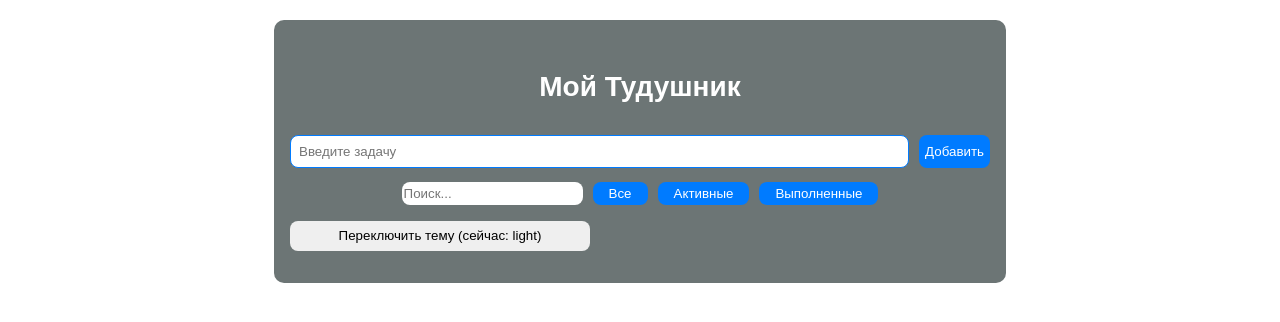
Repository: AlekCawka/-todo-project
Page: /
An editor plug-in stored every save of this project. The page is shown before and after the next save, followed by the edit.
The browser window is 1280 px wide. The pictures show the whole page.
The project was rebuilt for these pictures with package versions that can differ from the ones it lists, and the page was loaded fresh each time. Also part of the build but not shown: vite.config.js.

Above is the page before, as saved 2025-08-12 17:21:31.

### src/main.jsx
import React from 'react'
import ReactDOM from 'react-dom/client'
import App from './App.jsx'

ReactDOM.createRoot(document.getElementById('root')).render(
  <React.StrictMode>
    <App />
  </React.StrictMode>
)

### src/App.jsx
import React, { useEffect, useState } from 'react';
import { useTodos } from './hooks/useTodos';
import { getStoredTheme, saveTheme, applyTheme } from './components/untils/theme';

import './App.css';
import './index.css';

const App = () => {
  const { todos, addTodo, deleteTodo, updateTodo, toggleCompleted } = useTodos();
  const [inputValue, setInputValue] = useState('');
  const [filter, setFilter] = useState('all');
  const [searchQuery, setSearchQuery] = useState('');
  const [theme, setTheme] = useState(getStoredTheme());

  useEffect(() => {
    applyTheme(theme);
    saveTheme(theme);
  }, [theme]);

  const toggleTheme = () => {
    setTheme(prev => (prev === 'light' ? 'dark' : 'light'));
  };

  const handleAdd = () => {
    addTodo(inputValue);
    setInputValue('');
  }

  const handleChange = (e) => {
    setInputValue(e.target.value);
  }

  const getFilteredTodos = (todos, filter, searchQuery = '') => {
    return todos
      .filter(todo => {
        if (filter === 'active') return !todo.completed;
        if (filter === 'completed') return todo.completed;
        return true;
      })
      .filter(todo =>
        todo.text.toLowerCase().includes(searchQuery.toLowerCase())
      );
  };


  const filteredTodos = getFilteredTodos(todos, filter, searchQuery);

  return (
    <div className="container">
      <h1 className="title">Мой Тудушник</h1>

      <div className="form">
        <input
          type="text"
          placeholder="Введите задачу"
          value={inputValue}
          onChange={handleChange}
        />
        <button onClick={handleAdd}>Добавить</button>
      </div>

      <div className='searchAndFilter'>
        <input
          type="text"
          placeholder="Поиск..."
          value={searchQuery}
          onChange={(e) => setSearchQuery(e.target.value)}
          className="searchQuery"
        />

        <div className="filters">
          <button onClick={() => setFilter('all')}>Все</button>
          <button onClick={() => setFilter('active')}>Активные</button>
          <button onClick={() => setFilter('completed')}>Выполненные</button>
        </div>
      </div>

      <ul className="list">
        {filteredTodos.map(todo => (
          <li key={todo.id} className="todo-item">
            <input
              type="checkbox"
              checked={todo.completed}
              onChange={() => toggleCompleted(todo.id)}
            />
            <span
              style={{ textDecoration: todo.completed ? 'line-through' : 'none' }}
            >
              {todo.text}
            </span>
            <button onClick={() => {
              const newText = prompt('Новое значение:', todo.text);
              if (newText) updateTodo(todo.id, { text: newText });
            }}>Редактировать</button>
            <button onClick={() => deleteTodo(todo.id)}>Удалить</button>
          </li>
        ))}
      </ul>

      <div>
        <button onClick={toggleTheme} className='toggleTheme'>
          Переключить тему (сейчас: {theme})
        </button>
      </div>
    </div>
  );
};

export default App;

### src/hooks/useTodos.js
import { useState, useEffect } from 'react';
import { Trash2, Edit, Clock, Calendar, CheckSquare, Square } from 'lucide-react';

const generateId = () => crypto?.randomUUID?.() || `${Date.now()}-${Math.random()}`;

export const useTodos = () => {
    const [todos, setTodos] = useState([]);

    const normalize = (text) => text.trim().toLowerCase();

    useEffect(() => {
        const stored = localStorage.getItem('todos');
        if (stored) {
            setTodos(JSON.parse(stored));
        }
    }, []);

    useEffect(() => {
        localStorage.setItem('todos', JSON.stringify(todos));
    }, [todos]);

    const addTodo = (text, deadline = null) => {
        const trimmed = text.trim();

        if (!trimmed) return;

        const isDuplicate = todos.some(todo => normalize(todo.text) === normalize(text));

        if (isDuplicate) {
            return;
        }

        const newTodo = {
            id: generateId(),
            text: trimmed,
            completed: false,
            createdAt: new Date().toISOString(),
            deadline: deadline || null,
        };
        setTodos(prevTodos => [newTodo, ...prevTodos]);
    };

    const deleteTodo = (id) => {
        setTodos(prev => prev.filter(todo => todo.id !== id));
    };

    const updateTodo = (id, updates) => {
        // Проверка id
        if (!id) {
            console.warn("[updateTodo] Не передан id задачи");
            return;
        }

        // Проверка updates
        if (typeof updates !== "object" || updates === null) {
            console.warn("[updateTodo] updates должен быть объектом, получено:", updates);
            return;
        }

        setTodos(prev => {
            // Проверка на существование задачи
            const todoExists = prev.some(todo => todo.id === id);
            if (!todoExists) {
                console.warn(`[updateTodo] Задача с id "${id}" не найдена`);
                return prev;
            }

            // Если есть текст, проверим на дубликат
            if (updates.text && updates.text.trim()) {
                const normalized = updates.text.trim().toLowerCase();
                const isDuplicate = prev.some(
                    todo => todo.id !== id && todo.text.trim().toLowerCase() === normalized
                );
                if (isDuplicate) {
                    console.warn(`[updateTodo] Задача "${updates.text}" уже существует`);
                    return prev;
                }
            }

            // Обновление задачи
            return prev.map(todo =>
                todo.id === id ? { ...todo, ...updates } : todo
            );
        });
    };

    const toggleCompleted = (id) => {
        setTodos(prev =>
            prev.map(todo =>
                todo.id === id ?
                    { ...todo, completed: !todo.completed } : todo
            )
        )
    }

    return {
        todos,
        addTodo,
        deleteTodo,
        updateTodo,
        toggleCompleted,
    };
};

### src/components/untils/theme.js
const THEME_KEY = 'theme';

export const getStoredTheme = () => {
    return localStorage.getItem(THEME_KEY) || 'light';
};

export const saveTheme = (theme) => {
    localStorage.setItem(THEME_KEY, theme);
};

export const applyTheme = (theme) => {
    document.documentElement.setAttribute('data-theme', theme);
};

### src/App.css
body {
    font-family: sans-serif;
    background: rgb(53, 51, 54);
    margin: 0;
    padding: 0;
}

.container {
    max-width: 700px;
    margin: 20px auto;
    padding: 32px 16px;
    background-color: rgb(108, 117, 117);
    border-radius: 10px;
}

.title {
    text-align: center;
    font-size: 28px;
    margin-bottom: 2rem;
    color: white;
}

.form {
    display: flex;
    gap: 10px;
    margin-bottom: 14px;
}

.form input {
    flex: 1;
    padding: 8px;
    border-radius: 8px;
    border: 1px solid #007bff;
}

.searchAndFilter {
    display: flex;
    justify-content: center;
    gap: 10px;
}

.searchQuery {
    border: none;
    border-radius: 8px;
    text-align: start;
}

.form button {
    background-color: #007bff;
    border: none;
    border-radius: 8px;
    cursor: pointer;
    color: white;
    transition: background-color 0.3s;
}

.form button:hover {
    background-color: #0056b3;
}

.filters {
    display: flex;
    justify-content: center;
    gap: 10px;
}

.filters button {
    padding: 4px 16px;
    background-color: #007bff;
    border: none;
    color: white;
    border-radius: 8px;
    cursor: pointer;
    transition: all 0.3s;
}

.filters button:hover {
    background-color: #0056b3;
}

.list {
    list-style: none;
    padding: 0;
    margin-top: 15px;
}

.todo-item {
    display: flex;
    align-items: center;
    gap: 8px;
    background-color: rgba(250, 244, 244, 0.203);
    padding: 10px;
    margin-bottom: 10px;
    border-radius: 8px;
    box-shadow: 0 1px 3px rgba(0, 0, 0, 0.4);
}

.todo-item span {
    flex: 1;
    font-size: 1rem;
    color: white;
    word-break: break-word;
}

.todo-item button {
    background: white;
    border: none;
    border-radius: 8px;
    cursor: pointer;
    font-size: 1rem;
    width: 120px;
}

.todo-item input[type="checkbox"] {
    width: 18px;
    height: 18px;
}

### src/index.css
:root {
    --bg-color: #ffffff;
    --text-color: #000000;
}

[data-theme="dark"] {
    --bg-color: #121212;
    --text-color: #ffffff;
}

body {
    background-color: var(--bg-color);
    color: var(--text-color);
    transition: background-color 0.3s, color 0.3s;
}

.toggleTheme {
    border: none;
    border-radius: 8px;
    height: 30px;
    width: 300px;
}

After the next save:
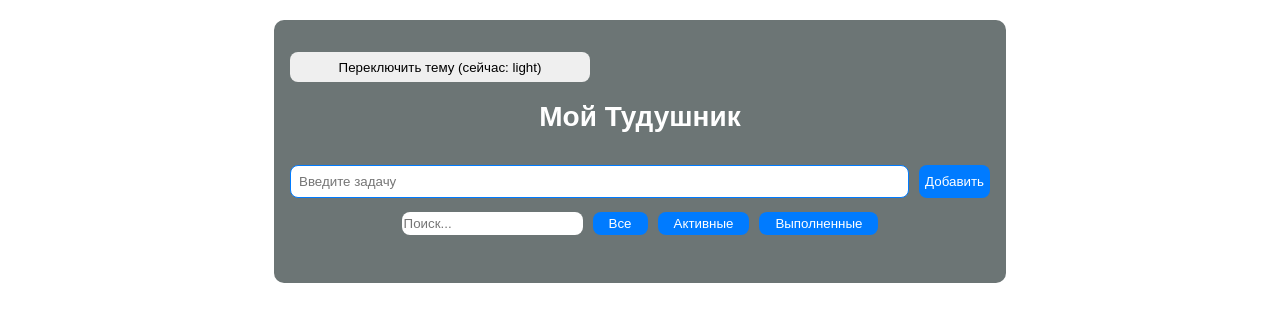
Saved 38 s later.
--- a/src/App.jsx
+++ b/src/App.jsx
@@ -47,6 +47,11 @@ const App = () => {
 
   return (
     <div className="container">
+      <div>
+        <button onClick={toggleTheme} className='toggleTheme'>
+          Переключить тему (сейчас: {theme})
+        </button>
+      </div>
       <h1 className="title">Мой Тудушник</h1>
 
       <div className="form">
@@ -96,12 +101,6 @@ const App = () => {
           </li>
         ))}
       </ul>
-
-      <div>
-        <button onClick={toggleTheme} className='toggleTheme'>
-          Переключить тему (сейчас: {theme})
-        </button>
-      </div>
     </div>
   );
 };
